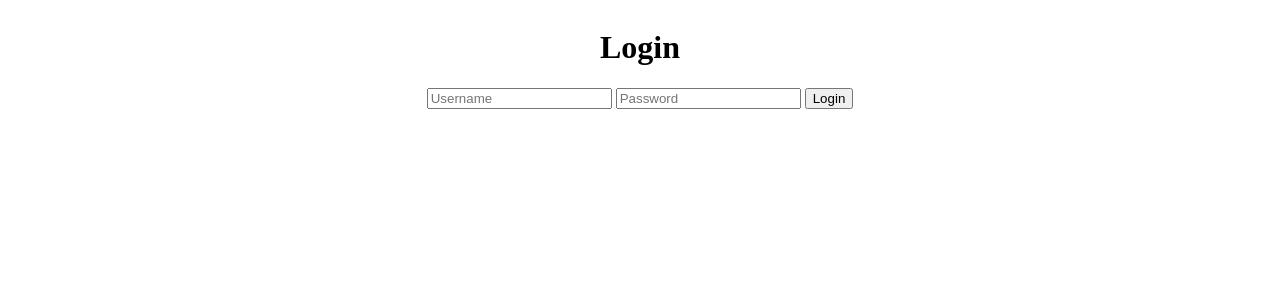
Repository: Appl3Kitti3/PROJECT_4537
Page: ClientSide/login.html
These files come from the project's save history. The page is drawn as it stood at one moment and after the next save; the edit follows.
The browser window is 1280 px wide. The pictures show the whole page.

Above is the page before, as saved 2024-10-17 21:09:50.

After the next save:
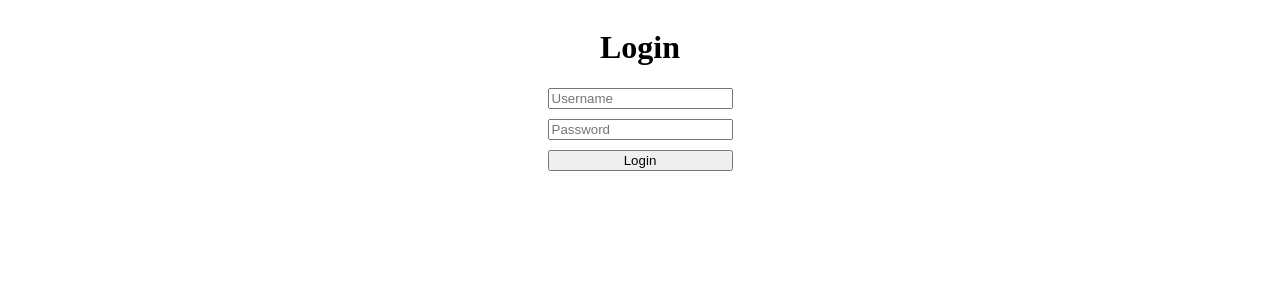
Saved 12 s later.
--- a/ClientSide/login.html
+++ b/ClientSide/login.html
@@ -9,6 +9,13 @@
                 display: flex;
                 flex-direction: column;
                 align-items: center;
+            }
+
+            form
+            {
+                display: flex;
+                flex-direction: column;
+                gap: 10px;
             }
 
         </style>
